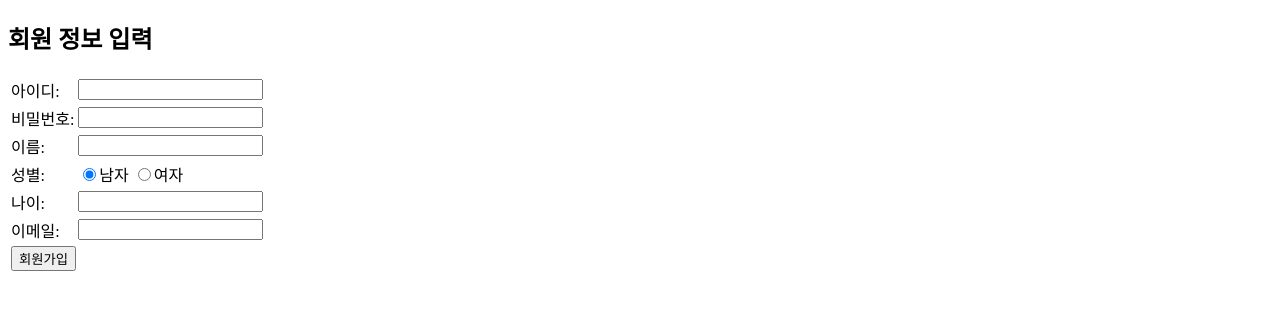
Repository: seminocoe/JSP_STUDY
Page: http://localhost/ServletProject/template/join.jsp
The author's editor kept a copy of each file at every save. The page is drawn from the files as they stood at one save, then again after the next save.
The browser window is 1280 px wide. The pictures show the whole page.
The page is served by Tomcat 9. Nobody is signed in. The application's start-up code is not run.

Above is the page before, as saved 2022-08-08 04:55:06.

After the next save:
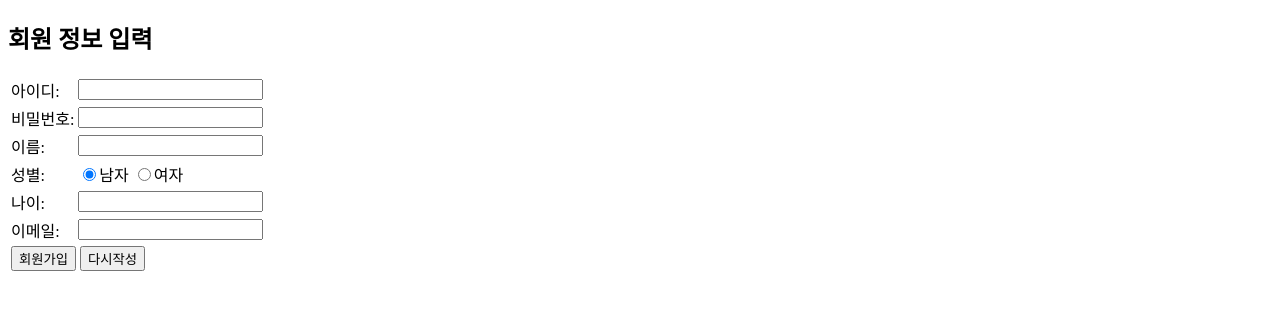
Saved 24 s later.
--- a/ServletProject/src/main/webapp/template/join.jsp
+++ b/ServletProject/src/main/webapp/template/join.jsp
@@ -46,6 +46,7 @@
 	<tr>
 		<td colspan="2">
 			<input type="submit" value="회원가입">
+			<input type="reset" value="다시작성">
 		</td>
 	</tr>
 </table>
